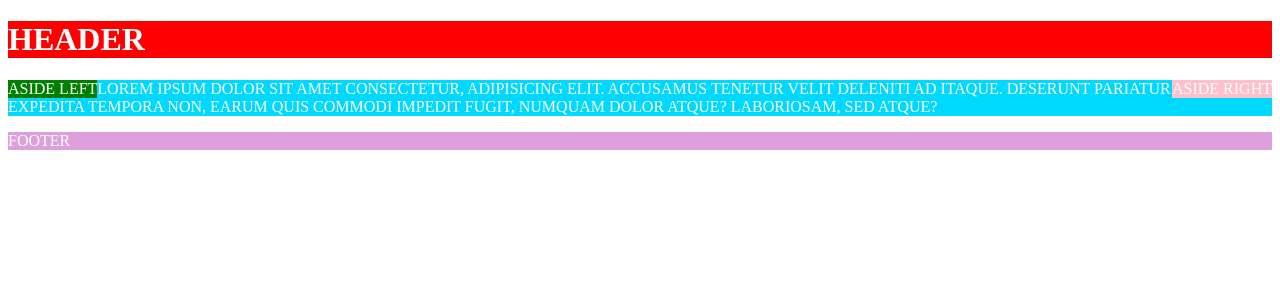
Repository: magdaf41/CSS
Page: zadanie_7/index.html
These files come from the project's save history. The page is drawn as it stood at one moment and after the next save; the edit follows.
The browser window is 1280 px wide. The pictures show the whole page.

Above is the page before, as saved 2020-08-24 17:09:49.

After the next save:
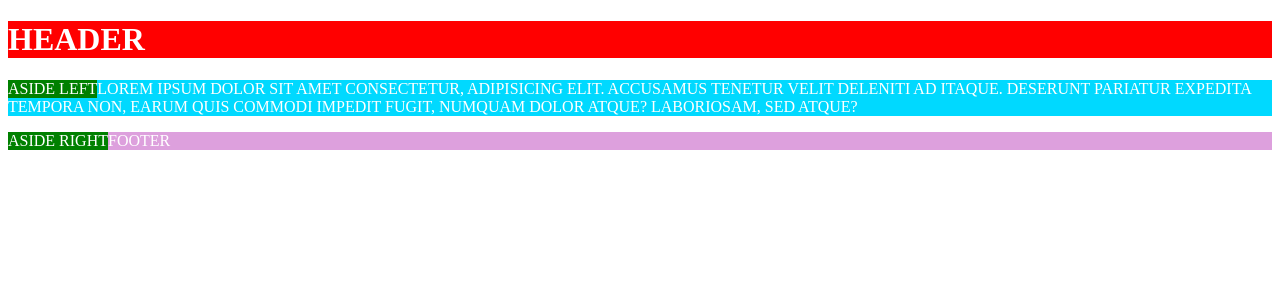
Saved 2 h 14 min later.
--- a/zadanie_7/index.html
+++ b/zadanie_7/index.html
@@ -10,11 +10,10 @@
 
 <body>
     <h1>Header</h1>
-    <aside>Aside left</aside>
-    <section>aside right</section>
-    <p>Lorem ipsum dolor sit amet consectetur, adipisicing elit. Accusamus tenetur velit deleniti ad itaque. Deserunt
-        pariatur expedita tempora non, earum quis commodi impedit fugit, numquam dolor atque? Laboriosam, sed atque?</p>
-
+        <aside id="left">Aside left</aside>
+        <p>Lorem ipsum dolor sit amet consectetur, adipisicing elit. Accusamus tenetur velit deleniti ad itaque. Deserunt
+            pariatur expedita tempora non, earum quis commodi impedit fugit, numquam dolor atque? Laboriosam, sed atque?</p>
+        <aside id="right">Aside right</aside>
     <footer>Footer</footer>
 </body>
 
